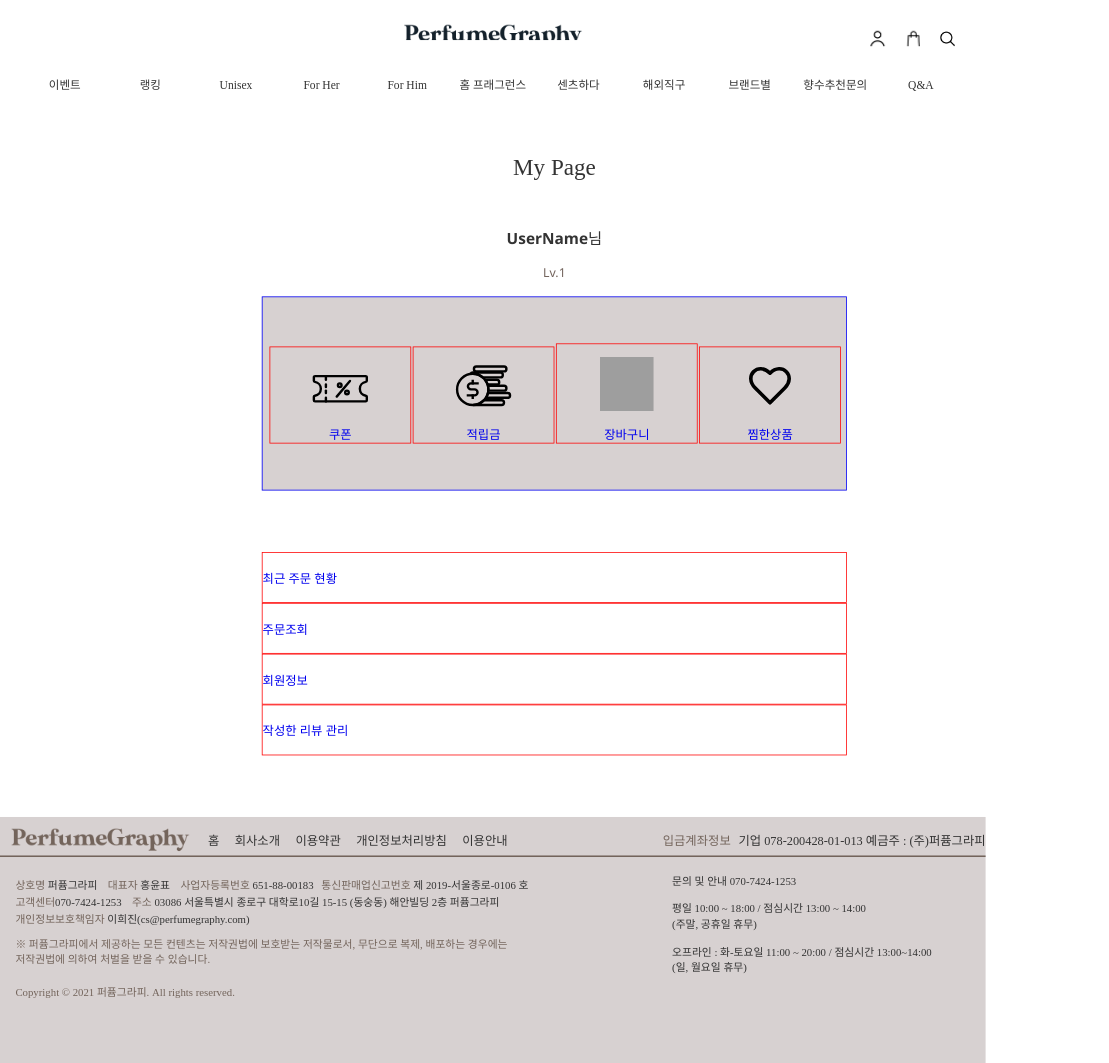
Repository: mingdue03/perfumegraphy
Page: myPage.html
These files come from the project's save history. The page is drawn as it stood at one moment and after the next save; the edit follows.
The browser window is 1280 px wide. The page is 1440 px wide, so the pictures cover 1440 px, including what lies to the right of the window. The pictures show the whole page, at 77% of full size.
Pictures or frames that could not be fetched are drawn as grey boxes.

Above is the page before, as saved 2021-08-27 14:56:16.

### myPage.html
<!DOCTYPE html>
<html lang="ko">
<head>
    <meta charset="UTF-8">
    <meta http-equiv="X-UA-Compatible" content="IE=edge">
    <meta name="viewport" content="width=device-width, initial-scale=1.0">
    <title>PerfumeGraphy</title>
    <link rel="stylesheet" href="css/basic.css">
    <link rel="stylesheet" href="css/mypage.css">
    <link href="https://fonts.googleapis.com/css2?family=Noto+Serif+KR&display=swap" rel="stylesheet">
    <script src="js/jquery-1.12.4.min.js"></script>
    <script src="js/jquery.slides.min.js"></script>
    <script src="js/jquery.stellar.js"></script>
    <script src="js/main_1.js"></script>
</head>
<body>
<div id="body_wrap">
    <header>
    <div id="header_wrap">
        <div class="header_top">
            <div class="logo">
                <h1><a href="index.html">PerfumeGraphy</a></h1>
            </div>
            <ul class="top_menu">
                <li class="user"><a href="login.html">마이페이지</a></li>
                <li class="cart"><a href="mypage.html">장바구니</a></li>
                <li class="search"><a href="#">검색</a></li>
                <li class="ham_btn"><a href="#">button</a></li>
            </ul>
        </div>
        <div class="search_pop">
            <div class="search_bg">
                <span></span>
                <ul>
                    <li><a href="#">#금주의 향수</a></li>
                    <li><a href="#">#럭셔리집들이선물</a></li>
                    <li><a href="#">#비누향수</a></li>
                </ul>
            </div>
        </div>
        <div class="header_b" >
            <ul class="gnb">
                <li>
                    <a href="#">이벤트</a>
                </li>
                <li class="hasSub">
                    <a href="lank.html">랭킹</a>
                    <ul class="sub_menu">
                        <li><a href="lank.html">전체 랭킹 </a></li>
                        <li><a href="lank.html">Unisex 랭킹</a></li>
                        <li><a href="lank.html">For her 랭킹</a></li>
                        <li><a href="lank.html">For him 랭킹</a></li>
                    </ul>
                </li>
                <li class="hasSub">
                    <a href="#">Unisex</a>
                    <ul class="sub_menu">
                        <li><a href="#">ALL</a></li>
                        <li><a href="#"> 시트러스 | 그린</a></li>
                        <li><a href="#">우디 | 베티버</a></li>
                        <li><a href="#">샌달우드 | 머스크</a></li>
                        <li><a href="#">스파이시 | 통카빈</a></li>
                    </ul>
                </li>
                <li class="hasSub">
                    <a href="#">For Her</a>
                    <ul class="sub_menu">
                        <li><a href="#">ALL</a></li>
                        <li><a href="#">시트러스 | 그린</a></li>
                        <li><a href="#">플로럴 | 화이트플로럴</a></li>
                        <li><a href="#">머스크 | 앰버</a></li>
                        <li><a href="#">스위트 | 바닐라</a></li>
                    </ul>
                </li>
                <li class="hasSub">
                    <a href="#">For Him</a>
                    <ul class="sub_menu">
                        <li><a href="#">ALL</a></li>
                        <li><a href="#">시트러스 | 그린</a></li>
                        <li><a href="#">우디 | 베티버</a></li>
                        <li><a href="#">웜스파이시 | 통카빈</a></li>
                        <li><a href="#">머스크 | 앰버</a></li>
                        <li><a href="#">라벤더 | 워터리</a></li>
                    </ul>
                </li>
                <li class="hasSub">
                    <a href="#">홈 프래그런스</a>
                    <ul class="sub_menu">
                        <li><a href="#">디퓨저 & 캔들</a></li>
                        <li><a href="#">바디 & 솝</a></li>
                    </ul>
                </li>
                <li><a href="#">센츠하다</a></li>
                <li>
                    <a href="#">해외직구</a>
                </li>
                <li><a href="#">브랜드별</a></li>
                <li><a href="#">향수추천문의</a></li>
                <li><a href="#">Q&A</a></li>
            </ul>
        </div>
        <div class="gnb_dim"></div>
    </div>
    </header>
    <!------------------------login-------------------------------->
    <main id="mypage">
        <div class="mypage_wrap">
            <h2>My Page</h2>
            <section class="name">
                <div>
                    <p><span>UserName</span>님</p>
                    <p class="level">Lv.1</p>
                </div>
            </section>
            <section class="coupon">
                <div class="coupon_wrap">
                    <ul>
                        <li><a href="#" class="coupon">쿠폰</a></li>
                        <li><a href="#" class="coin">적립금</a></li>
                        <li><a href="#" class="cart">장바구니</a></li>
                        <li><a href="#" class="heart">찜한상품</a></li>
                    </ul>
                </div>
            </section>
            <section class="order">
                <div class="oder_wrap">
                    <ul>
                        <li class="recent"><a href="#">최근 주문 현황</a></li>
                        <li><a href="#">주문조회</a></li>
                        <li><a href="#">회원정보</a></li>
                        <li><a href="#">작성한 리뷰 관리</a></li>
                    </ul>

                </div>
            </section>

        </div>
    </main>
    <footer>
        <div id="footer_in">
            <div class="footer_top">
                <h2>PerfumeGraphy</h2>
                <ul class="m_hidden">
                    <li><a href="javasctipt:;">홈</a></li>
                    <li><a href="javasctipt">회사소개</a></li>
                    <li><a href="javasctipt">이용약관</a></li>
                    <li><a href="javasctipt">개인정보처리방침</a></li>
                    <li><a href="javasctipt">이용안내</a></li>
                </ul>
                <p><span>입금계좌정보</span> 기업 078-200428-01-013 예금주 : (주)퍼퓸그라피</p>
            </div>
        </div>
        <div class="footer_bottom">
            <section class="left">
                <ul class="pc_hidden">
                    <li><a href="javasctipt:;">홈</a></li>
                    <li><a href="javasctipt">회사소개</a></li>
                    <li><a href="javasctipt">이용약관</a></li>
                    <li><a href="javasctipt">개인정보처리방침</a></li>
                    <li><a href="javasctipt">이용안내</a></li>
                </ul>
                <p class="margin">
                    <p><span>상호명</span>  퍼퓸그라피</p> <p><span>대표자</span> 홍윤표</p>	 <p><span>사업자등록번호</span> 651-88-00183</p><p> <span >통신판매업신고번호</span>  제 2019-서울종로-0106 호<br></p>
                </p>
                <p class="pc_hidden">
                    <span>고객센터</span>070-7424-1253
                </p>
                <p>
                    <span> 주소</span> 03086 서울특별시 종로구 대학로10길 15-15 (동숭동) 해안빌딩 2층 퍼퓸그라피
                </p>
                <p ><span>개인정보보호책임자</span> 	 이희진(cs@perfumegraphy.com) </p>
                <p class="margin"><span class="m_hidden"> ※ 퍼퓸그라피에서 제공하는 모든 컨텐츠는 저작권법에 보호받는 저작물로서, 무단으로 복제, 배포하는 경우에는<br><span></span> 저작권법에 의하여
                처벌을 받을 수 있습니다.</span></p>
                <p class="margin"><span class="m_hidden"> Copyright © 2021 퍼퓸그라피. All rights reserved.</span></p>
            </section>
            <section class="right m_hidden">
                <p>문의 및 안내   070-7424-1253<br>
                    <br>
                    평일 10:00 ~ 18:00 / 점심시간 13:00 ~ 14:00<br>
                    (주말, 공휴일 휴무)<br>
                    <br>
                    오프라인 : 화-토요일 11:00 ~ 20:00 / 점심시간 13:00~14:00<br>
                     (일, 월요일 휴무)</p>
            </section>
        </div>
    </footer>
</div>
</body>
</html>

### css/mypage.css
@charset "UTF-8";

main#mypage{font-family:'NanumGothic','Segoe UI', Roboto, Oxygen, sans-serif ;background: #fff; color:#333; font-size:16px; }

#mypage{}
.mypage_wrap{
  width:1440px;
  margin:60px auto;
  text-align:center;
}
.mypage_wrap h2{
  font-size:30px;
  margin:60px 0;
  font-weight: normal;
  font-family: 'Noto Serif KR', serif;
}
.name {
  margin:20px 0;
}
.name p{
  font-size: 20px;
  margin:20px 0;
}
.name p span{
  font-weight: bold;
}
.name p.level{
  font-size:16px;
  color:#73645D;
}

.coupon{
  width:760px;
  margin:auto;
}
.coupon_wrap{
  width:100%;
  height:auto;
  background:#D7D1D1;
}
.coupon_wrap ul{
  border:1px solid blue;
  padding:60px 0;
}
.coupon_wrap li{
  display: inline-block;
  width:24%;
}
.coupon_wrap a{
  display: block;
  width:100%;
  height:auto;
  border:1px solid red;
}
.coupon_wrap a.coupon:before{
  display:block;
  content:'';
  margin:auto;
  width:100px; height:100px;
  background:url('../img/icon/coupon_icon.svg') no-repeat 100% 100%;
}
.coupon_wrap a.coin:before{
  display:block;
  content:'';
  margin:auto;
  width:100px; height:100px;
  background:url('../img/icon/coins_icon.svg') no-repeat 100% 100%;}
.coupon_wrap a.cart:before{
  display:block;
  content:'';
  margin:17px auto;
  width:70px; height:70px;
  background:url('../img/icon/bag_icon.svg') no-repeat 100% 100%;
}
.coupon_wrap a.heart:before{
  display:block;
  content:'';
  margin:auto;
  width:100px; height:100px;
  background:url('../img/icon/basic_heart_icon.svg') no-repeat 100% 100%;
}

.order{}
.oder_wrap{
  width:760px;
  margin:80px auto;

}

.oder_wrap ul{}
.oder_wrap li{
  display:block;
  border-bottom:1px solid #999;
  text-align: left;
  border:1px solid red;
  padding: 20px 0;
}
.recent{

}
.oder_wrap a{}














@media (max-width:1440px){
  .login_wrap{
    width:100%;
  }
}

@media (max-width:450px){
  .login_wrap{
    max-width:450px;
  }
}

Loaded but not shown: js/jquery-1.12.4.min.js (library); js/jquery.slides.min.js (library); js/jquery.stellar.js (library); js/main_1.js (215 lines, source omitted); css/basic.css (877 lines, source omitted)

After the next save:
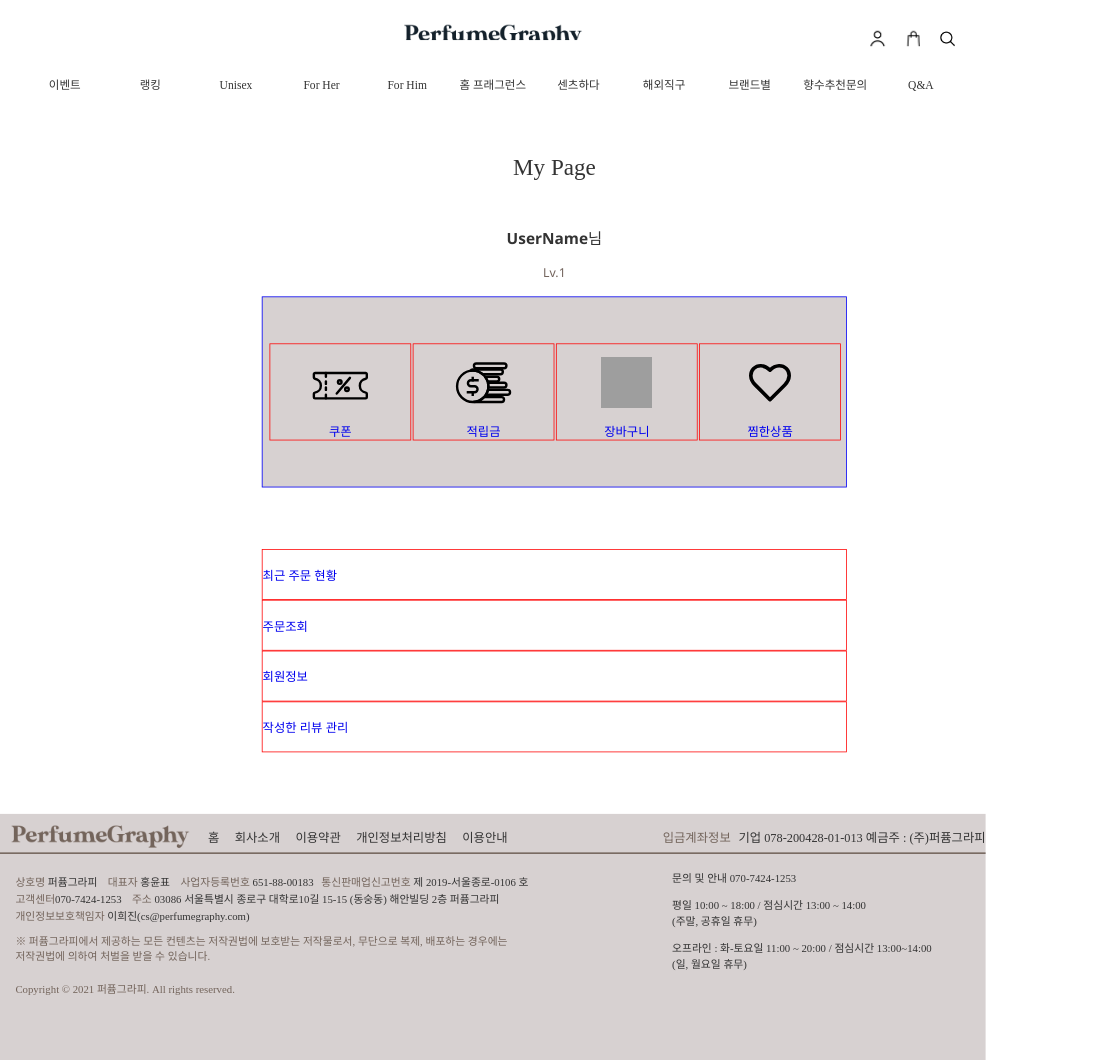
Saved 13 s later.
--- a/css/mypage.css
+++ b/css/mypage.css
@@ -69,7 +69,7 @@
   display:block;
   content:'';
   margin:17px auto;
-  width:70px; height:70px;
+  width:66px; height:66px;
   background:url('../img/icon/bag_icon.svg') no-repeat 100% 100%;
 }
 .coupon_wrap a.heart:before{
